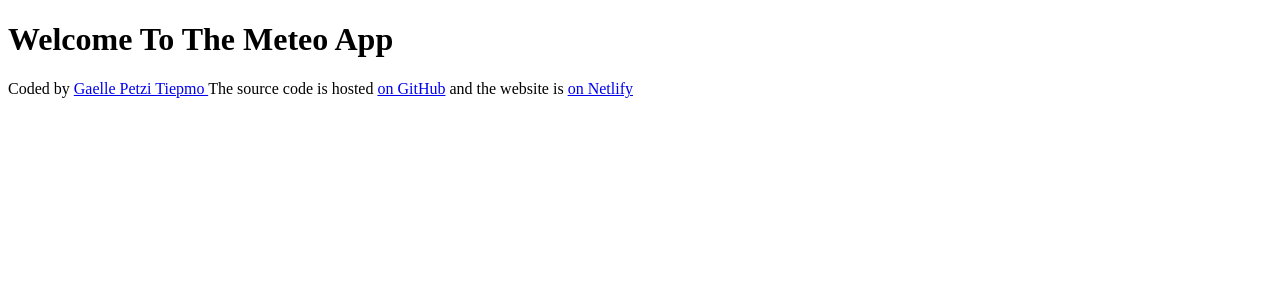
Repository: OnwardForward/meteo.by.gaelle
Page: meteo.appbygaelle.html
These files come from the project's save history. The page is drawn as it stood at one moment and after the next save; the edit follows.
The browser window is 1280 px wide. The pictures show the whole page.

Above is the page before, as saved 2024-04-18 13:18:42.

### meteo.appbygaelle.html
<!DOCTYPE html>
<html lang="en">
<head>
    <meta charset="UTF-8">
    <meta name="viewport" content="width=device-width, initial-scale=1.0">
    <title>Meteo By Gaelle</title>
</head>
<body>
    <h1>Welcome To The Meteo App</h1>
</body>
<footer>
    Coded by <a href="https://github.com/OnwardForward" target="_blank"> Gaelle Petzi Tiepmo </a>
    The source code is hosted <a href="https://github.com/OnwardForward/meteo.by.gaelle" target="_blank">on GitHub</a>
    and the website is <a href="https://meteo-app-by-gaellept.netlify.app/" target="_blank"> on Netlify</a>
</footer>
</html>

After the next save:
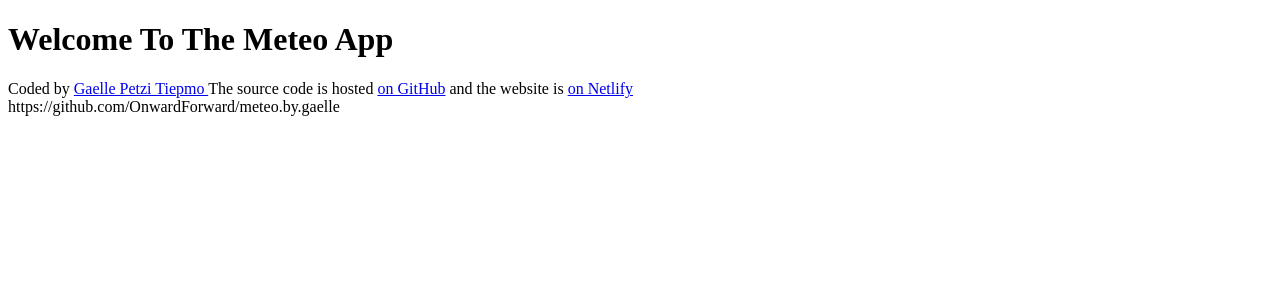
Saved 111 s later.
--- a/meteo.appbygaelle.html
+++ b/meteo.appbygaelle.html
@@ -13,4 +13,4 @@
     The source code is hosted <a href="https://github.com/OnwardForward/meteo.by.gaelle" target="_blank">on GitHub</a>
     and the website is <a href="https://meteo-app-by-gaellept.netlify.app/" target="_blank"> on Netlify</a>
 </footer>
-</html>
+</html>https://github.com/OnwardForward/meteo.by.gaelle

After the save that followed:
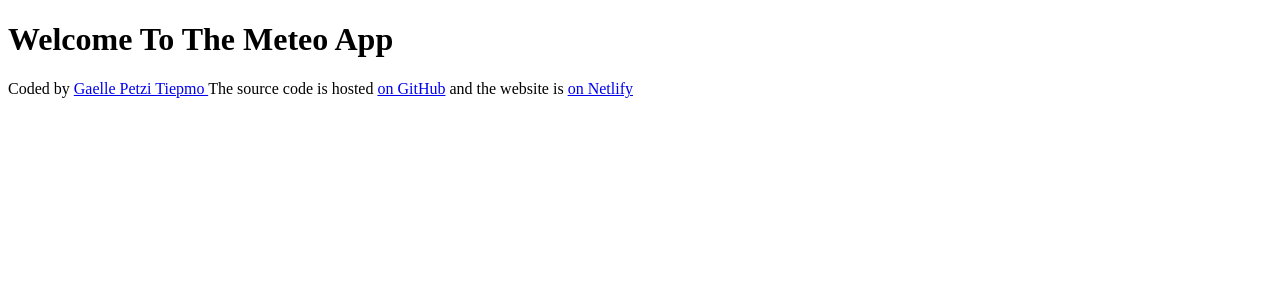
Saved 5 s later.
--- a/meteo.appbygaelle.html
+++ b/meteo.appbygaelle.html
@@ -13,4 +13,4 @@
     The source code is hosted <a href="https://github.com/OnwardForward/meteo.by.gaelle" target="_blank">on GitHub</a>
     and the website is <a href="https://meteo-app-by-gaellept.netlify.app/" target="_blank"> on Netlify</a>
 </footer>
-</html>https://github.com/OnwardForward/meteo.by.gaelle
+</html>
